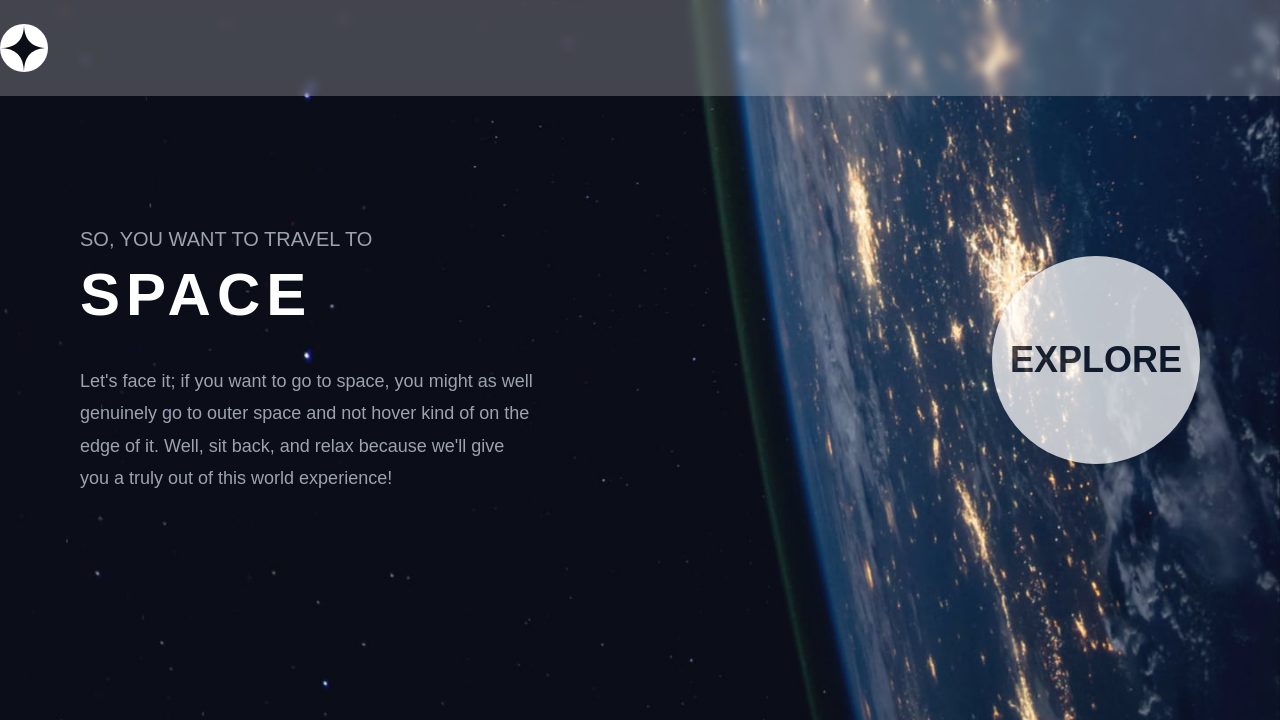
Repository: OmniaRafat232111121/Space-Toursim
Page: /
An editor plug-in stored every save of this project. The page is shown before and after a run of saves, followed by the edit.
The browser window is 1280 px wide. The pictures show the whole page.
Some web fonts or font styles are not loaded; a fallback is used. The project was rebuilt for these pictures with package versions that can differ from the ones it lists, and the page was loaded fresh each time. Also part of the build but not shown: src/components/Destination.js, src/components/Crew.js, src/components/Technology.js, src/components/Error.js.

Above is the page before, as saved 2022-08-09 15:07:37.

After the next 4 saves:
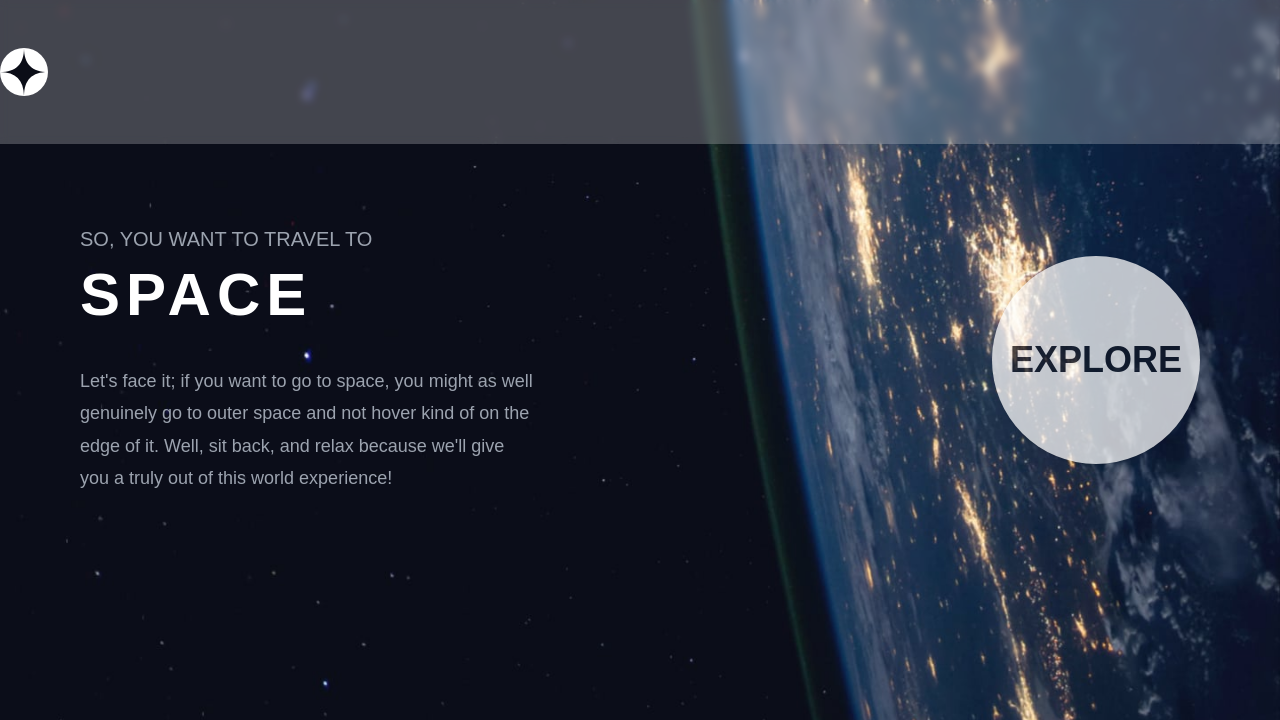
The 4 saves are shown as one change because they came seconds apart.
The last was saved 95 s later.
--- a/src/components/Header.js
+++ b/src/components/Header.js
@@ -5,7 +5,7 @@
   return (
     <>
     <header className="header d-flex align-items-center justify-betwen">
-    <div className="py-6">
+    <div className="py-6 my-6">
     <NavLink to="/">
     <img src={logo} alt="space"/>
 

After the 4 saves that followed:
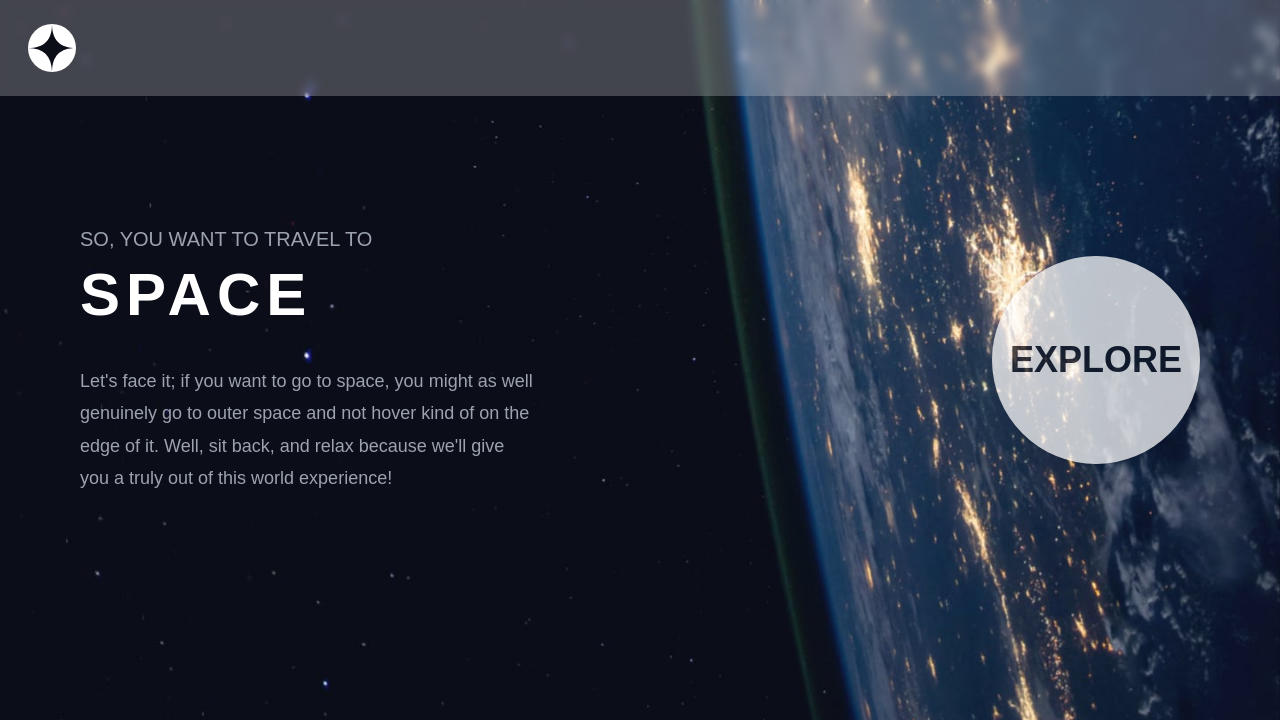
The 4 saves are shown as one change because they came seconds apart.
The last was saved 9 s later.
--- a/src/components/Header.js
+++ b/src/components/Header.js
@@ -5,7 +5,7 @@
   return (
     <>
     <header className="header d-flex align-items-center justify-betwen">
-    <div className="py-6 my-6">
+    <div className="py-6 mx-7">
     <NavLink to="/">
     <img src={logo} alt="space"/>
 
